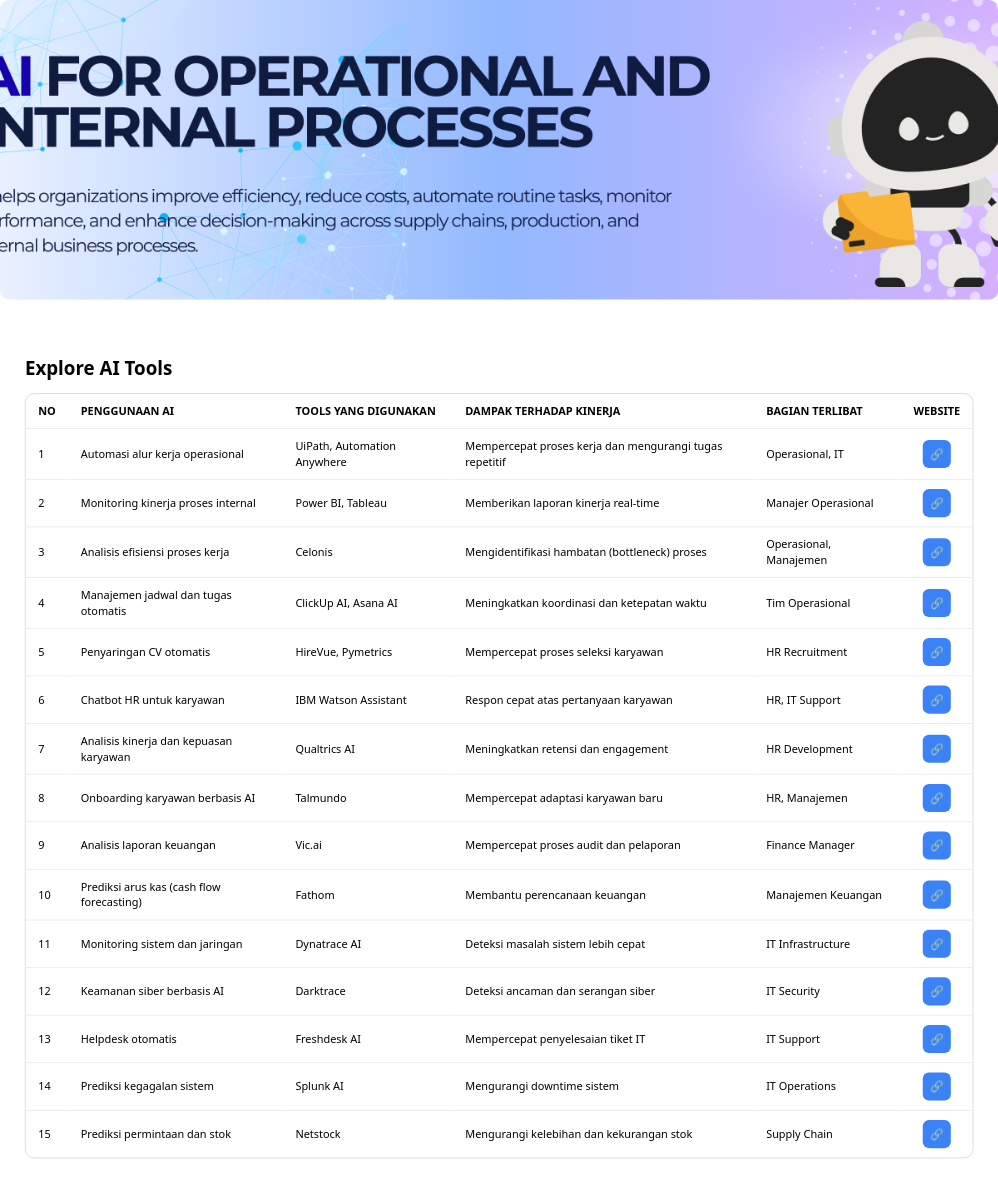
Repository: MUHAMADTEGARWIJAYA/AI-BUSINESS-TOOLKIT
Page: /ai/operasional
The author's editor kept a copy of each file at every save. The page is drawn from the files as they stood at one save, then again after the next save.
The browser window is 1280 px wide. The pictures show the whole page, at 78% of full size.
The project was rebuilt for these pictures with package versions that can differ from the ones it lists, and the page was loaded fresh each time. Also part of the build but not shown: vite.config.js, src/views/NamaFloating.vue, src/views/FooterView.vue, src/views/HomeView.vue, src/views/AiSdm.vue, src/views/AiStrategi.vue, src/views/AiPemasaran.vue, src/views/TestAurora.vue and 1 more. Imported but missing from the stored project, and not drawn on this page: src/component/Aurora/Aurora.vue.

Above is the page before, as saved 2026-01-11 20:04:37.

### index.html
<!DOCTYPE html>
<html lang="">
  <head>
    <meta charset="UTF-8">
    <link rel="icon" href="/favicon.ico">
    <meta name="viewport" content="width=device-width, initial-scale=1.0">
    <title>AI Tools Kit</title>
  </head>
  <body>
    <div id="app"></div>
    <script type="module" src="/src/main.js"></script>
  </body>
</html>

### src/router/index.js
import { createRouter, createWebHistory } from 'vue-router'
import HomeView from '../views/HomeView.vue'
import AiOperansional from '../views/AiOperansional.vue'
import AiSdm from '../views/AiSdm.vue'
import AiStrategi from '../views/AiStrategi.vue'
import AiPemasaran from '@/views/AiPemasaran.vue'
import TestAurora from '@/views/TestAurora.vue'
import AiKeuanganAkuntansi from '@/views/AiKeuanganAkuntansi.vue'
const router = createRouter({
  history: createWebHistory(import.meta.env.BASE_URL),
  routes: [
    {
      path: '/test',
      name: 'test',
      component: TestAurora,
    },
    {
      path: '/',
      name: 'home',
      component: HomeView,
    },
    {
      path: '/ai/operasional',
      name: 'ai-operansional',
      component: AiOperansional,
    },
    {
      path: '/ai/sdm',
      name: 'ai-sdm',
      component: AiSdm,
    },
    {
      path: '/ai/strategi',
      name: 'ai-strategi',
      component: AiStrategi,
    },
    {
      path: '/ai/pemasaran',
      name: 'ai-pemasaran',
      component: AiPemasaran,
    },
    {
      path: '/ai/keuangan',
      name: 'ai-keuangan',
      component: AiKeuanganAkuntansi,
    },

  ],
})

export default router

### src/views/AiOperansional.vue
<script setup>
import { ref, onMounted, onUnmounted } from 'vue'
import { aiTableData } from '@/data/data.js'
const bgImage = ref('/keuangan.png')
const updateBg = () => {
  bgImage.value = window.innerWidth >= 768 ? '/keuangan.png' : '/3.png'
}

onMounted(() => {
  updateBg()
  window.addEventListener('resize', updateBg)
})

onUnmounted(() => {
  window.removeEventListener('resize', updateBg)
})
</script>
<template>
  <div class="min-h-screen bg-white">
    <div class="w-full max-w-full mb-10">
      <!-- Background Image -->
      <div
        class="w-full h-96 rounded-xl bg-cover bg-no-repeat bg-center"
        style="background-image: url('/DIVISI\ UNTUK\ OPERASIONAL\ DAN\ PROSES\ INTERNAL.png')"
      ></div>
    </div>
    <div class="p-8">
      <h1 class="text-black text-2xl font-bold mb-4">Explore AI Tools</h1>

      <div class="overflow-x-auto border border-neutral-300 rounded-xl">
        <table class="min-w-full text-sm text-left">
          <!-- Header -->
          <thead class="text-black uppercase">
            <tr>
              <th class="px-4 py-3">No</th>
              <th class="px-4 py-3">Penggunaan AI</th>
              <th class="px-4 py-3">Tools yang Digunakan</th>
              <th class="px-4 py-3">Dampak terhadap Kinerja</th>
              <th class="px-4 py-3">Bagian Terlibat</th>
              <th class="px-4 py-3 text-center">Website</th>
            </tr>
          </thead>

          <!-- Body -->
          <tbody>
            <tr v-for="(item, index) in aiTableData" :key="item.id" class="border-t transition">
              <td class="px-4 py-3 text-black">
                {{ index + 1 }}
              </td>
              <td class="px-4 py-3 text-black font-medium">
                {{ item.usage }}
              </td>
              <td class="px-4 py-3 text-black">
                {{ item.tools }}
              </td>
              <td class="px-4 py-3 text-black">
                {{ item.impact }}
              </td>
              <td class="px-4 py-3 text-black">
                {{ item.department }}
              </td>
              <td class="px-4 py-3 text-center">
                <a
                  :href="item.link"
                  target="_blank"
                  class="inline-flex items-center py-2 px-2 text-white justify-center w-9 h-9 rounded-lg bg-blue-500 hover:bg-blue-400 transition"
                >
                  🔗
                </a>
              </td>
            </tr>
          </tbody>
        </table>
      </div>
    </div>
  </div>
</template>

Loaded but not shown: src/main.js (common file); src/assets/main.css (common file); src/App.vue (common file); tailwind.config.js (common file); src/data/data.js (684 lines, source omitted)

After the next save:
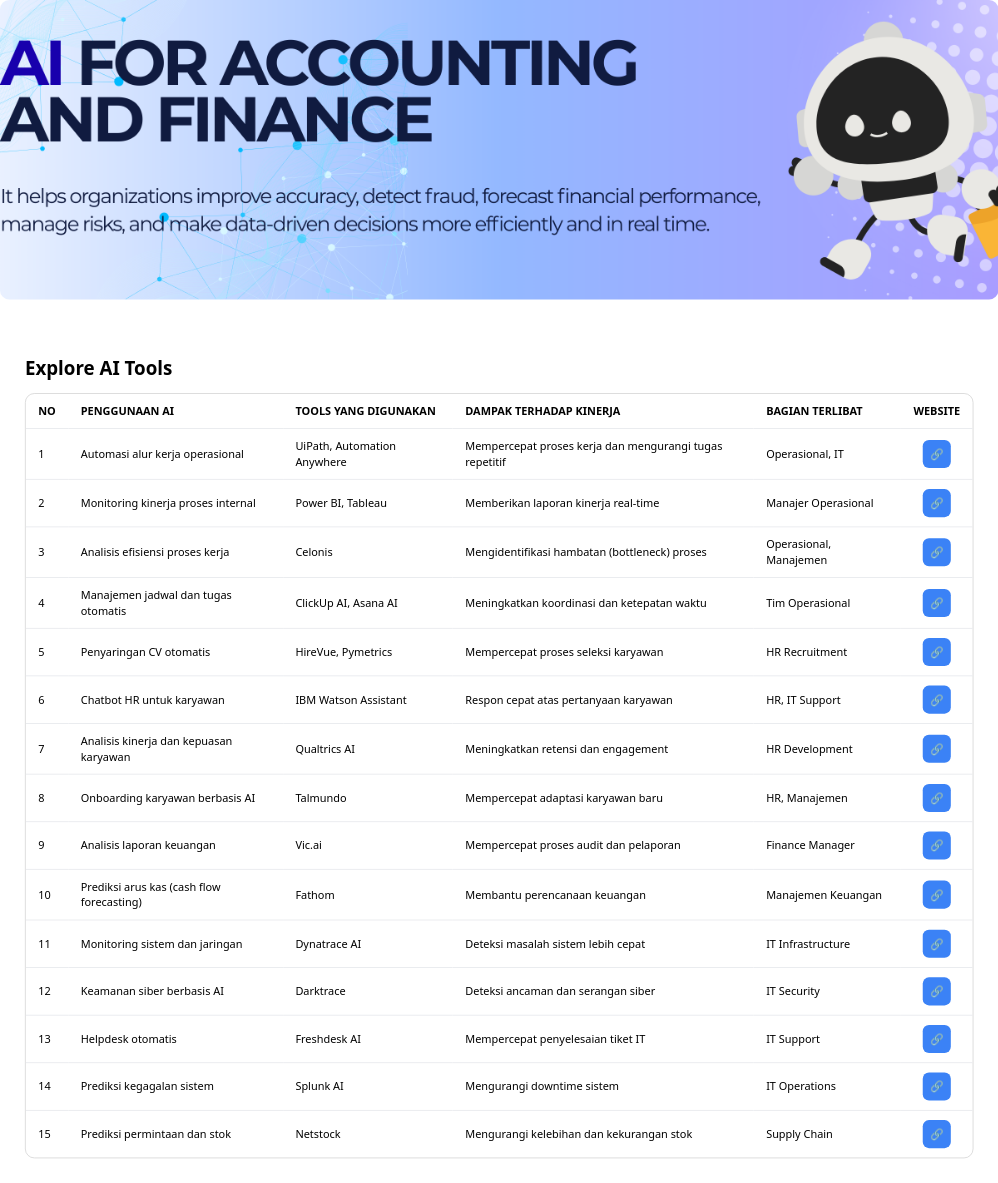
Saved 16 s later.
--- a/src/views/AiOperansional.vue
+++ b/src/views/AiOperansional.vue
@@ -19,9 +19,13 @@
   <div class="min-h-screen bg-white">
     <div class="w-full max-w-full mb-10">
       <!-- Background Image -->
-      <div
+      <!-- <div
         class="w-full h-96 rounded-xl bg-cover bg-no-repeat bg-center"
         style="background-image: url('/DIVISI\ UNTUK\ OPERASIONAL\ DAN\ PROSES\ INTERNAL.png')"
+      ></div> -->
+      <div
+        class="w-full md:h-96 h-52 rounded-xl bg-contain md:bg-cover bg-no-repeat bg-center"
+        :style="{ backgroundImage: `url('${bgImage}')` }"
       ></div>
     </div>
     <div class="p-8">

After the save that followed:
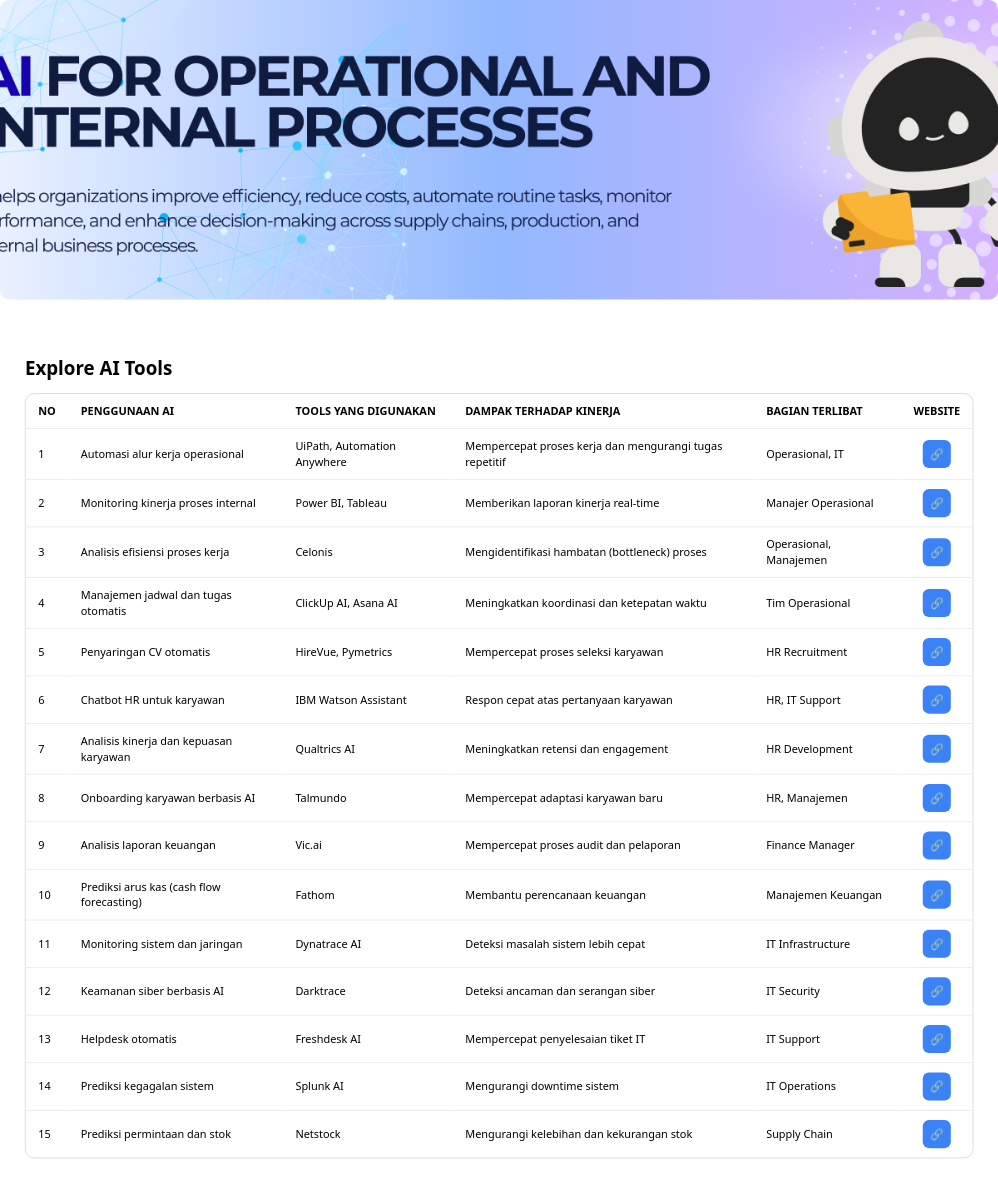
Saved 28 s later.
--- a/src/views/AiOperansional.vue
+++ b/src/views/AiOperansional.vue
@@ -3,7 +3,7 @@
 import { aiTableData } from '@/data/data.js'
 const bgImage = ref('/keuangan.png')
 const updateBg = () => {
-  bgImage.value = window.innerWidth >= 768 ? '/keuangan.png' : '/3.png'
+  bgImage.value = window.innerWidth >= 768 ? '/operasional.png' : '/5.png'
 }
 
 onMounted(() => {
